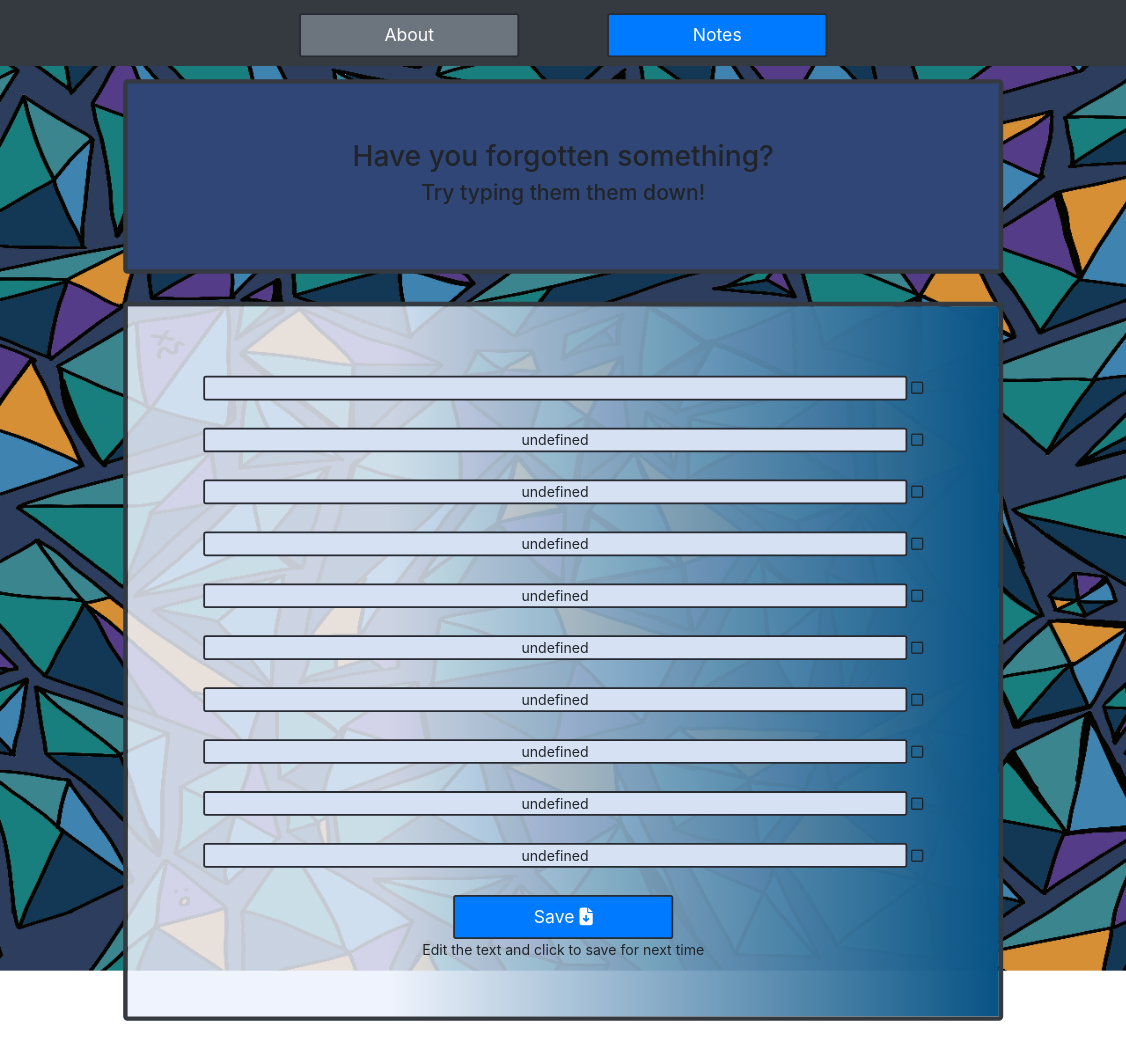
Repository: Kamicoda/Mynote
Page: index.html
The author's editor kept a record of every edit. The page is drawn from the files as they stood at one moment, then again after the next edit.
The browser window is 1280 px wide. The pictures show the whole page, at 88% of full size.
Backgrounds fixed to the window are drawn as part of the page. Some web fonts or font styles are not loaded; a fallback is used. Some web libraries are served in a nearby version.

Above is the page before.

After the next edit:
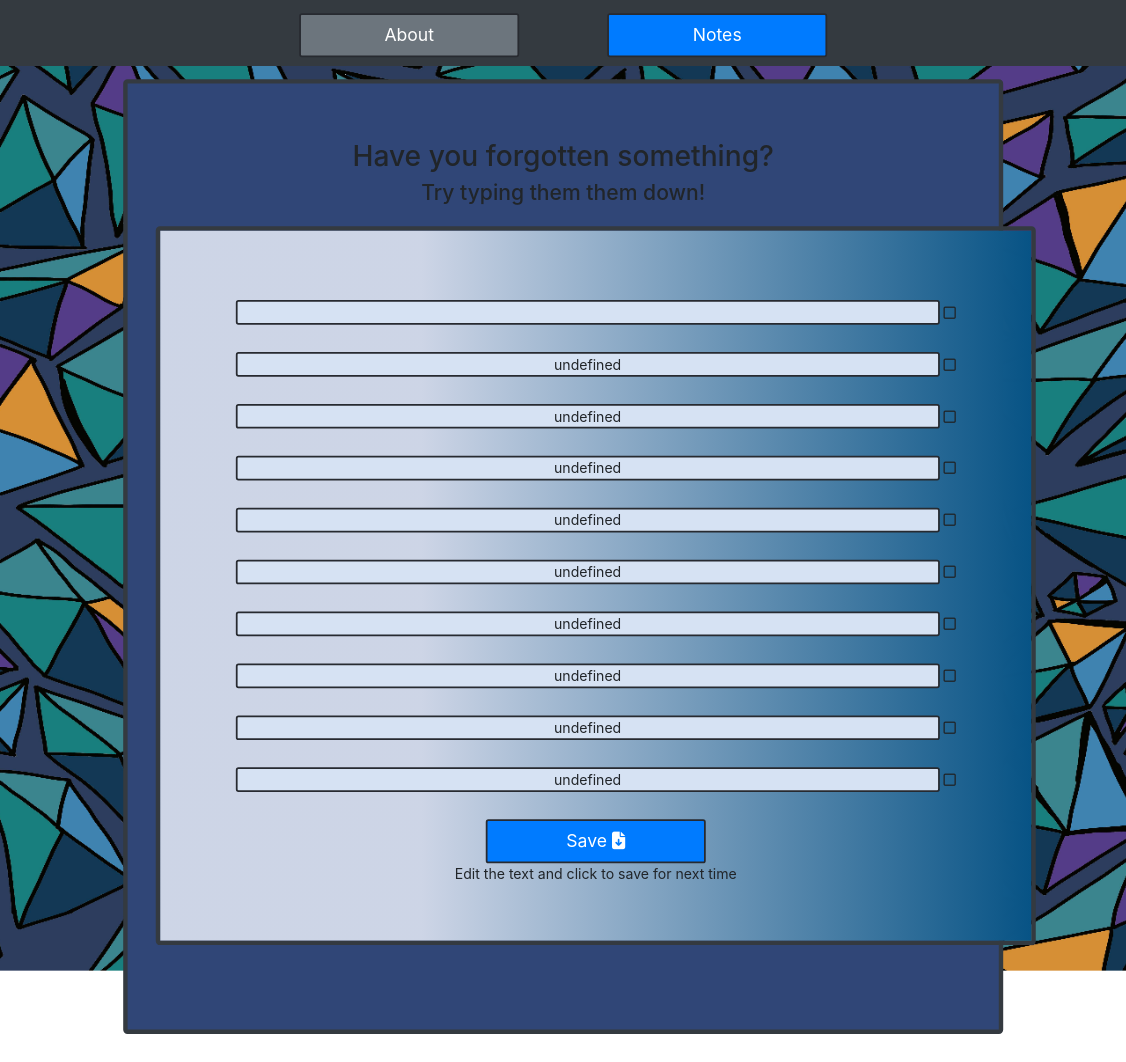
The edit:
--- a/index.html
+++ b/index.html
@@ -40,7 +40,8 @@
     </div>
 
     <div class="jumbotron border border-dark header bg-grey mx-auto">
-        <div class=""></div>
+        <div class="row">
+            <div class="col-12">
         <h2> Have you forgotten something?</h2>
         <h4>Try typing them them down!</h4>
         </div>
